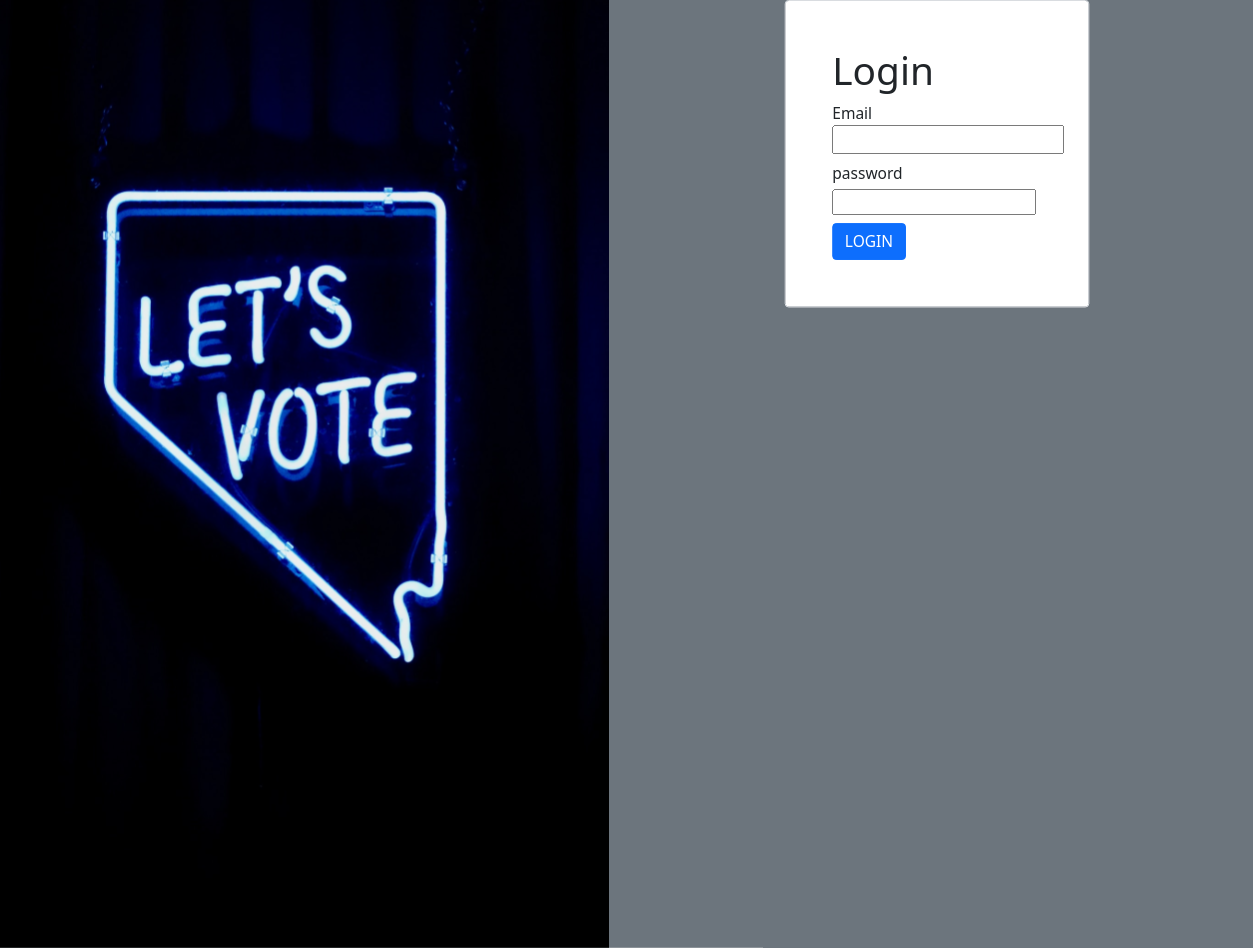
Repository: DavidManiIbrahim/Voting-app
Page: Login.html
The author's editor kept a copy of each file at every save. The page is drawn from the files as they stood at one save, then again after the next save.
The browser window is 1280 px wide. The page is 1292 px wide, so the pictures cover 1292 px, including what lies to the right of the window. The pictures show the whole page, at 97% of full size.

Above is the page before, as saved 2025-01-18 06:59:27.

After the next save:
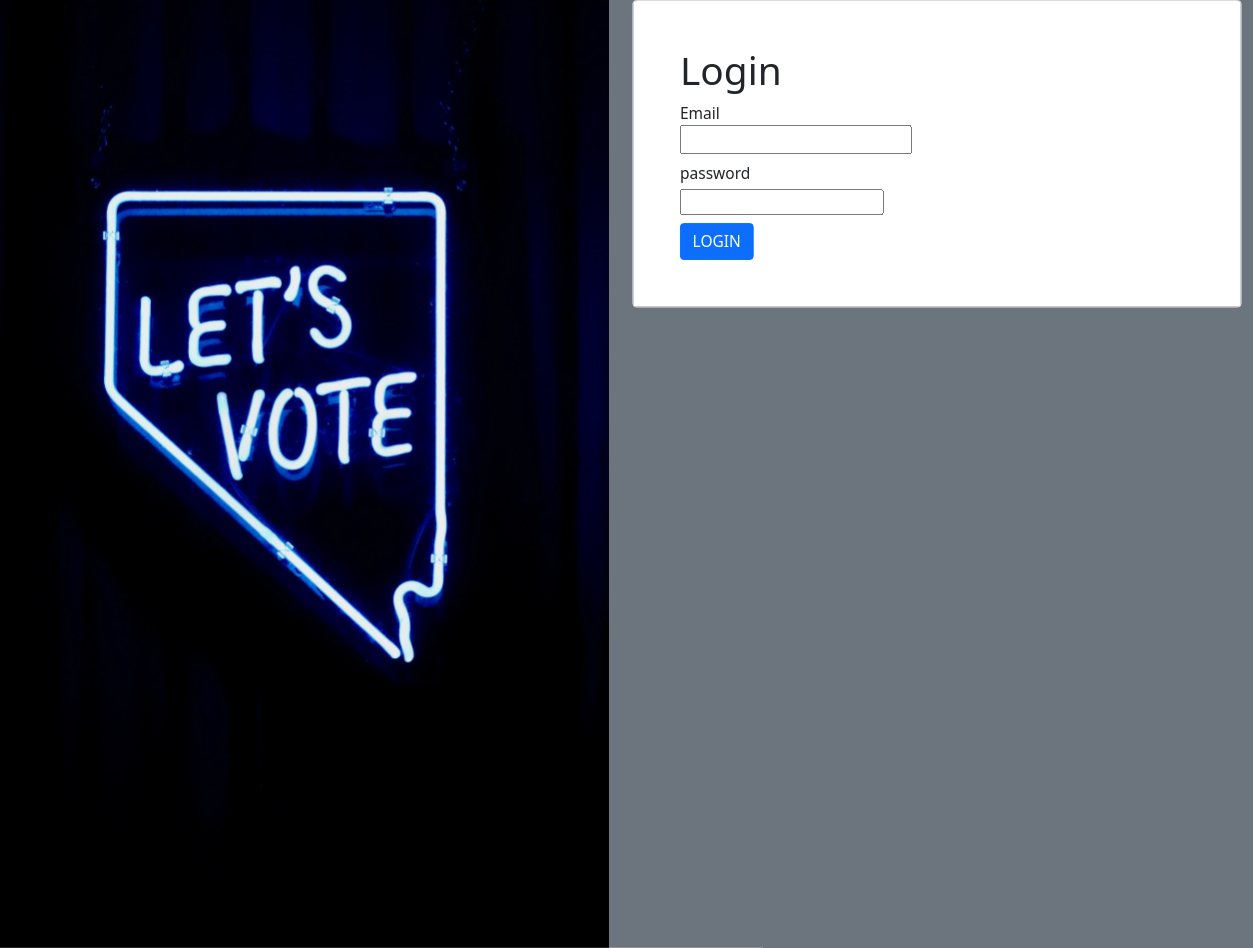
Saved 17 s later.
--- a/Login.html
+++ b/Login.html
@@ -19,7 +19,7 @@
         <img src="./unsplash_LA1VawaCjjI.svg" alt="login image" class=" img-fluid" width="100%">
     </div>
     <div class="col-md text-white align-items-center">
-        <form action="" class="w-50 border p-5 m-auto top-50 form-control">
+        <form action="" class=" border p-5 m-auto top-50 form-control">
             <h1>Login</h1>
             <label for="email" class="form-label">Email  <br>
                 <input class="formcontrol" type="text">
